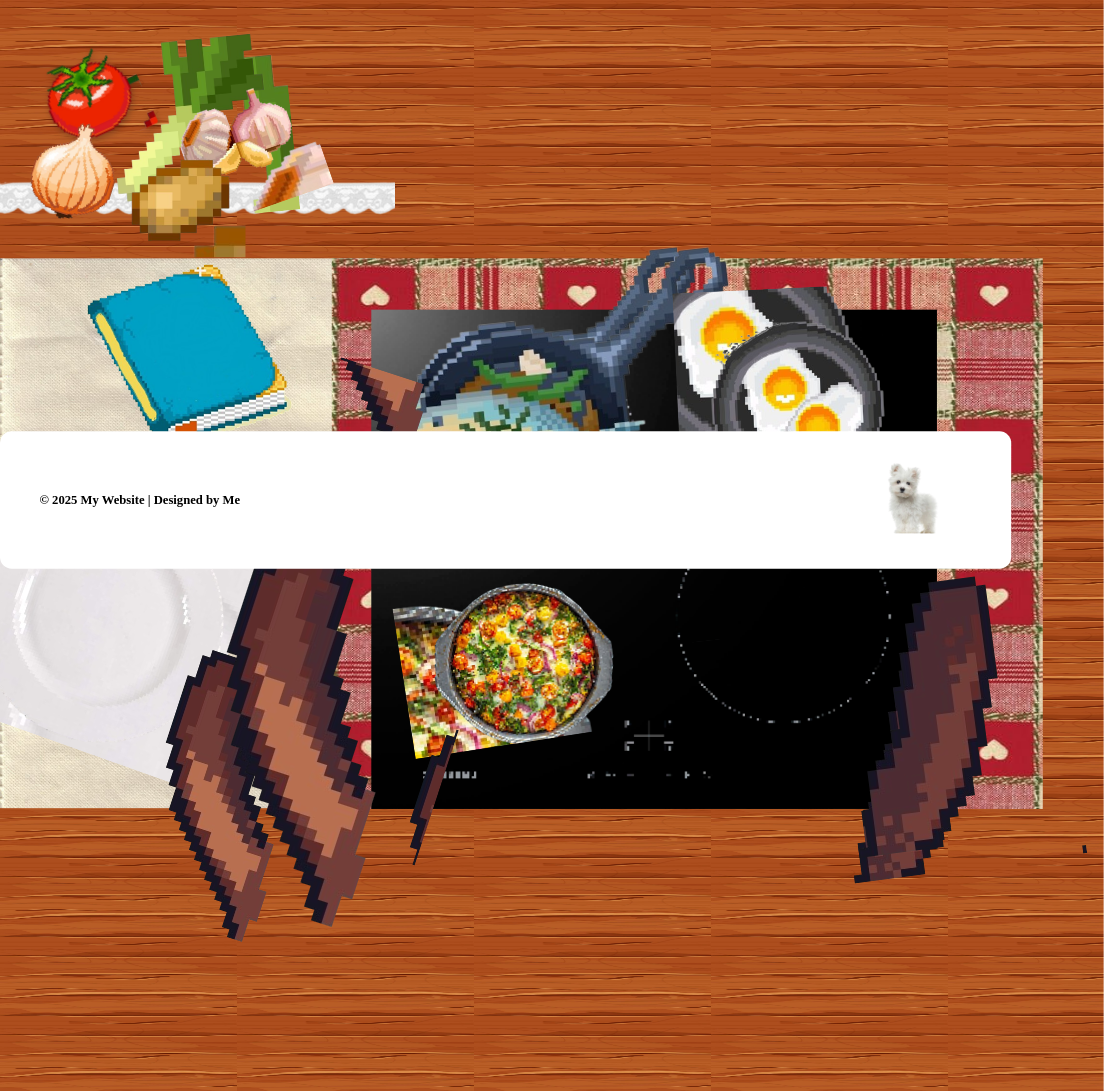
Repository: AJamdonuts/ToddyTalks
Page: playingaround2/pages/chefsujin.html
These files come from the project's save history. The page is drawn as it stood at one moment and after the next save; the edit follows.
The browser window is 1280 px wide. The page is 1397 px wide, so the pictures cover 1397 px, including what lies to the right of the window. The pictures show the whole page, at 79% of full size.

Above is the page before, as saved 2025-11-26 22:45:41.
Console error: ReferenceError: MIN_SCALE is not defined

### playingaround2/pages/chefsujin.html
<!DOCTYPE html>
<html>
<head>
    <meta charset="UTF-8">
    <meta name="viewport" content="width=device-width, initial-scale=1">
    <link href="/playingaround2/styles/chefsujin.css" rel="stylesheet">
    <script src="/playingaround2/javascript/chefsujin.js" defer></script>
    <title>Chef Sujin</title>
    <link rel="icon" type="image/x-icon" href="/playingaround2/images/favicon.ico">
</head>
<body>
    <div class="canvas">
        <img src="/playingaround2/images/09362b8ce39beb85f830c3373e6b392c-removebg-preview.png" alt="Chef Sujin Banner" class="chef-sujin-banner">
        <img src="/playingaround2/images/b41e50d46e26e9463ce130b2da7a46aa.jpg" class="creamtexture">
        <img src="/playingaround2/images/check table cloth.jpg" class="checktablecloth">
        <img src="/playingaround2/images/pxArt-2.png" class="hob">
        <img src="/playingaround2/images/pixil-frame-0-removebg-preview 1.png" class="recipebook">
        <img src="/playingaround2/images/fishpan.png" class="fishpan">
        <img src="/playingaround2/images/leek-removebg-preview.png" class="leek">
        <img src="/playingaround2/images/garlic-removebg-preview.png" class="garlic">
        <img src="/playingaround2/images/d95fa1e62c663504736614e026fc4862-removebg-preview.png" class="potato">
        <img src="/playingaround2/images/pixil-frame-0-removebg-preview.png" class="eggpan" >
        <img src="/playingaround2/images/pxArt-2-removebg-preview.png" class="vegpan">
        <img src="/playingaround2/images/pxArt-removebg-preview.png" class="plate">
        <img src="/playingaround2/images/tomato-removebg-preview.png" class="tomato">
        <img src="/playingaround2/images/onion-removebg-preview.png" class="onion">
        <img src="/playingaround2/images/IMG_0236_2-removebg-preview.png" class="beararm1" >
        <img src="/playingaround2/images/IMG_0236-removebg-preview.png" class="beararm2" >
    </div>

    <footer>
                <div class="footer-content">
                    <p class="footer-text">© 2025 My Website | Designed by Me</p>
                    <a href="https://example.com">
                    <img src="/playingaround2/images/ -16.png" alt="Footer Logo" class="footer-img">
                    </a>
                </div>
            </footer>
</body>
</html>

### playingaround2/styles/chefsujin.css
html, body {
    margin: 0;
    padding: 0;
    /* Crucial: Sets the viewport as the reference size */
    width: 100vw;
}

/* Add a main container to hold all your absolutely positioned elements */
.canvas {
    position: relative;
    width: 100%;
    height: 100%;
    max-width: 1440px;
    max-height: 1024px;
    transform-origin: bottom center;
    transform: scale(var(--scale-factor, 1));
    flex-grow: 1;
}

/* Use Flexbox on the body to center the .canvas element when it hits the max size */
body {
    display: flex;
    flex-direction: column;
    justify-content: center; /* horizontally center canvas */
    align-items: center;   /* vertically position canvas as needed */
    min-height: 100vh;;

    background-image: url('/playingaround2/images/kitchencounter.jpg');
    background-repeat: repeat;      /* repeat the image */
    background-size: 300px 100px;   /* set width and height for each tile */
    background-position: top left;  /* start tiling from top-left */
    background-attachment: scroll;  /* moves with page */
    background-color: #ffffff;      /* fallback color */
}



.tomato {
    position: absolute;
    width: 133.75px;
    height: 133.75px;
    left: 45.02px;
    top: 55.06px;
    background: url(tomato-removebg-preview.png);
    filter: drop-shadow(0px 4px 4px rgba(0, 0, 0, 0.25));
    border-radius: 4px;
    transform: rotate(-24.58deg);
}

.potato {
    position: absolute;
    width: 165px;
    height: 165px;
    left: 146px;
    top: 161px;
    background: url(d95fa1e62c663504736614e026fc4862-removebg-preview.png);
}

.leek {
    position: absolute;
    width: 257.96px;
    height: 257.96px;
    left: 109.95px;
    top: 20px;
    background: url(leek-removebg-preview.png);
    transform: rotate(-5.62deg);
}

.garlic {
    position: absolute;
    width: 194.8px;
    height: 194.8px;
    left: 200.62px;
    top: 74.87px;
    background: url(garlic-removebg-preview.png);
    transform: rotate(-19.27deg);
}

.onion {
    position: absolute;
    width: 126.18px;
    height: 144.28px;
    left: 32px;
    top: 145.3px;
    background: url(onion-removebg-preview.png);
    transform: rotate(17.63deg);
    }

.recipebook {
    position: absolute;
    width: 300px;
    height: 300px;
    left: 90px;
    top: 302px;
}

.plate {
    position: absolute;
    width: 334.76px;
    height: 332.75px;
    left: -40px;
    top: 616px;
    background: url(pxArt-removebg-preview.png);
    transform: rotate(19.64deg);
}

.beararm1 {
    position: absolute;
    width: 448.49px;
    height: 883.17px;
    left: 132px;
    top: 450px;
    background: url(IMG_0236_2-removebg-preview.png);
    transform: matrix(0.95, 0.31, 0.31, -0.95, 0, 0);
}

.beararm2 {
    position: absolute;
    width: 348.8px;
    height: 764.5px;
    left: 1000px;
    top: 500px;
    background: url(IMG_0236-removebg-preview.png);
    transform: matrix(0.99, -0.13, -0.13, -0.99, 0, 0);
}

.fishpan {
    position: absolute;
    width: 546.95px;
    height: 546.95px;
    left: 460px;
    top: 280px;
    background: url(fishpan.png);
    transform: rotate(-6.22deg);
}

.eggpan {
    position: absolute;
    width: 396px;
    height: 396px;
    left: 860px;
    top: 362.44px;
    background: url(pixil-frame-0-removebg-preview.png);
    transform: rotate(177.33deg);
}

.vegpan {
    position: absolute;
    width: 207px;
    height: 310px;
    left: 560px;
    top: 680px;
    background: url(pxArt-2-removebg-preview.png);
    transform: rotate(81.24deg);
}

.hob {
    position: absolute;
    width: 716px;
    height: 632px;
    left: 470px;
    top: 392px;
    background: url(pxArt-2.png);
}

.creamtexture {
    position: absolute;
    width: 476px;
    height: 696px;
    left: 0px;
    bottom:0px;
    top: 327px;
    background: url(b41e50d46e26e9463ce130b2da7a46aa.jpg);
}

.checktablecloth {
    position: absolute;
    width: 900px;
    height: 697px;
    bottom: 0px;
    top: 327px;
    left: 420px;
}


footer {
    flex-shrink: 0;
    width: 100%;
    background-color: white;
    border-radius: 15px;
    box-sizing: border-box;
    z-index: 1000;
}

.footer-content {
  display: flex;
  justify-content: space-between; /* text left, image right */
  align-items: center;           /* vertically center text & image */
  padding: 10px 50px; /* Adjust left/right padding as needed */
  max-width: 1440px; /* Keep it aligned with max width of canvas */
  margin: 0 auto;
}

.footer-text {
  color: black;
  font-weight: bold;
  font-size: 1rem;
}

.footer-img {
  width: 150px;                     /* size of your image */
  height: auto;
  cursor: pointer;                 /* shows it’s clickable */
  transition: transform 0.3s;
  padding: 0%;
  margin: 0%;
}

.footer-img:hover {
  transform: scale(1.1);           /* optional hover effect */
}

### playingaround2/javascript/chefsujin.js
function calculateScaleFactor() {
    const DESIGN_WIDTH = 1440;
    const DESIGN_HEIGHT = 1024;



    const viewportWidth = window.innerWidth;
    const viewportHeight = window.innerHeight;

    // Calculate the scale factor based on current viewport size
    const widthScale = viewportWidth / DESIGN_WIDTH;
    const heightScale = viewportHeight / DESIGN_HEIGHT;

    // Use the smaller scale factor to ensure everything fits inside the window
    let scaleFactor = Math.min(widthScale, heightScale);

    // Get the .canvas element
    const canvas = document.querySelector('.canvas');

    if (canvas) {
        // Step 1: Prevent scaling up past 1 (full size)
        scaleFactor = Math.min(scaleFactor, 1);

        // *** Step 2: Ensure the scale factor does not drop below the minimum ***
        const finalScale = Math.max(scaleFactor, MIN_SCALE);

        canvas.style.setProperty('--scale-factor', finalScale);

        // Additionally, set the fixed width/height so the centering works correctly
        canvas.style.width = `${DESIGN_WIDTH}px`;
        canvas.style.height = `${DESIGN_HEIGHT}px`;
    }
}

window.addEventListener('resize', calculateScaleFactor);
document.addEventListener('DOMContentLoaded', calculateScaleFactor);

After the next save:
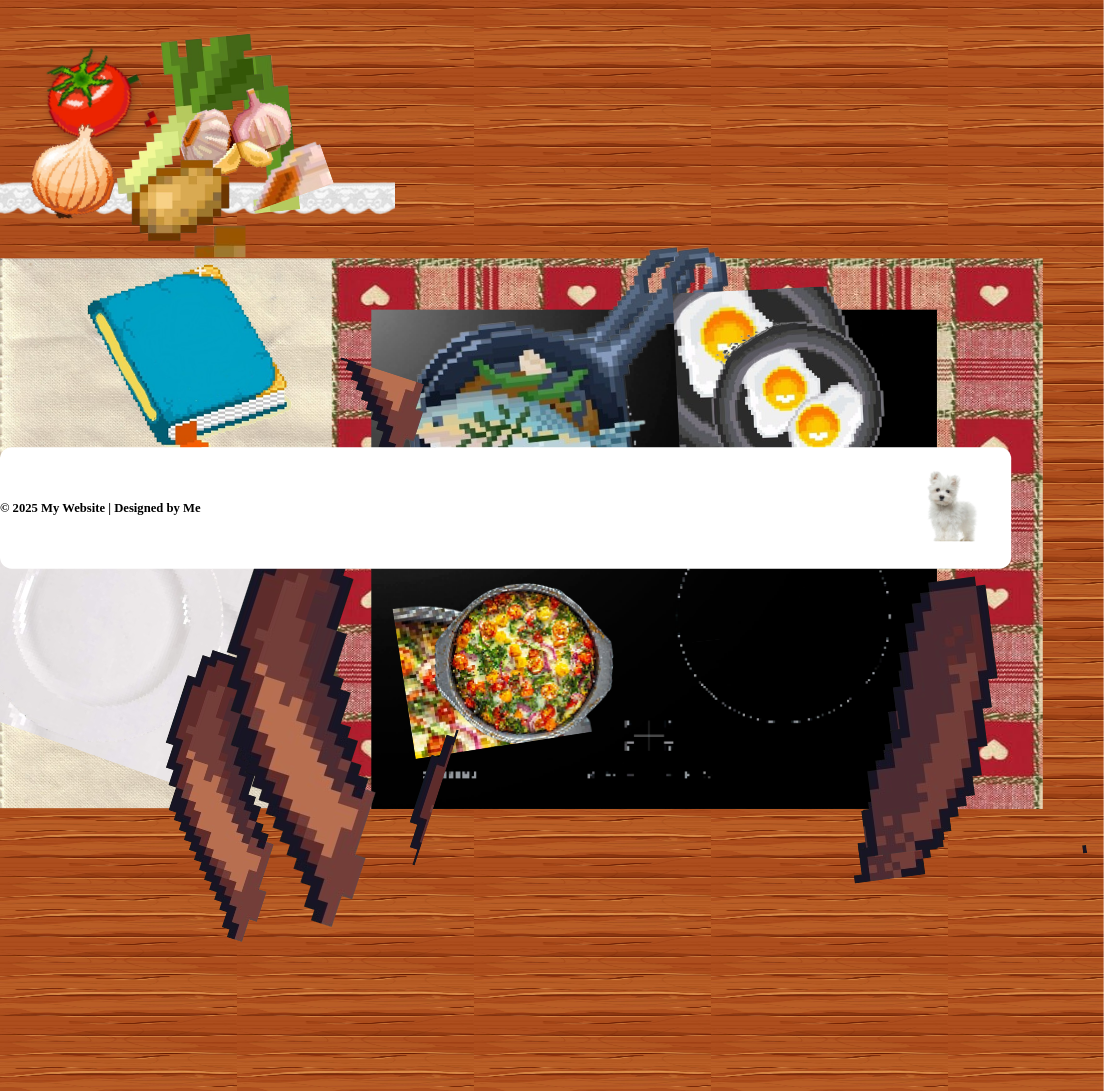
Saved 7 min 43 s later.
--- a/playingaround2/styles/chefsujin.css
+++ b/playingaround2/styles/chefsujin.css
@@ -23,7 +23,9 @@ body {
     flex-direction: column;
     justify-content: center; /* horizontally center canvas */
     align-items: center;   /* vertically position canvas as needed */
-    min-height: 100vh;;
+    height: 100vh;
+    min-height: 100vh;
+    overflow-y: hidden; /* CRITICAL: Prevents vertical scrolling */
 
     background-image: url('/playingaround2/images/kitchencounter.jpg');
     background-repeat: repeat;      /* repeat the image */
@@ -196,8 +198,7 @@ footer {
   display: flex;
   justify-content: space-between; /* text left, image right */
   align-items: center;           /* vertically center text & image */
-  padding: 10px 50px; /* Adjust left/right padding as needed */
-  max-width: 1440px; /* Keep it aligned with max width of canvas */
+  max-width: 100%; /* Keep it aligned with max width of canvas */
   margin: 0 auto;
 }
 
@@ -205,6 +206,7 @@ footer {
   color: black;
   font-weight: bold;
   font-size: 1rem;
+  margin: 0;
 }
 
 .footer-img {
